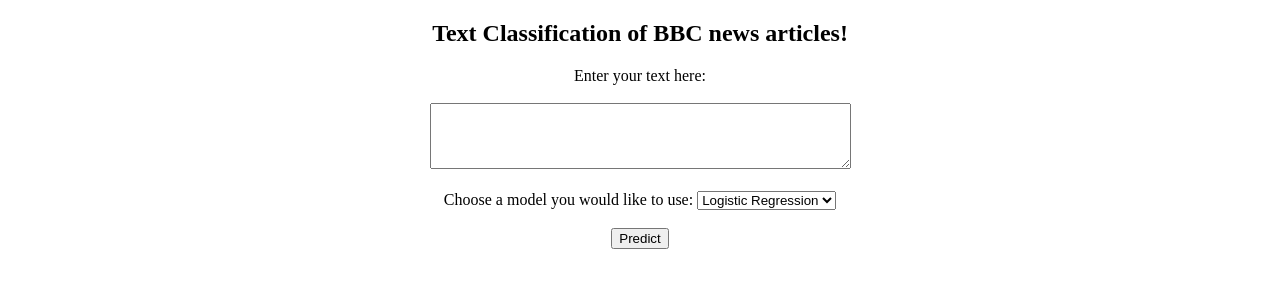
Repository: erlisasadiku/AI-ML
Page: index.html
The author's editor kept a copy of each file at every save. The page is drawn from the files as they stood at one save, then again after the next save.
The browser window is 1280 px wide. The pictures show the whole page.

Above is the page before, as saved 2025-10-03 17:10:08.

### index.html

<!DOCTYPE html>
<html>

<head>
    <title>AI/ML - Text Classification</title>
</head>
<body>
    <div style="text-align: center;">
    <h2>Text Classification of BBC news articles!</h2>

    <label for="text">Enter your text here:</label><br><br>
    <textarea id="text" rows="4" cols="50"></textarea><br><br>

    <label for="model">Choose a model you would like to use:</label>
    <select id="model">
        <option value="logistic">Logistic Regression</option>
        <option value="naive_bayes">Naive Bayes</option>
    </select><br><br>

    <button onclick="predict()">Predict</button>

    <h3 id="result"></h3>
    </div>
    <script>
        function predict() {
            const text = document.getElementById('text').value;
            const model = document.getElementById('model').value;

            fetch('/predict', {
                method: 'POST',
                headers: {
                    'Content-Type': 'application/json'
                },
                body: JSON.stringify({ text: text, model: model })
            })
            .then(response => response.json())
            .then(data => {
                document.getElementById('result').innerText = 'Predicted category: ' + data.predicted_category;
            })
            .catch(error => {
                document.getElementById('result').innerText = 'Error: ' + error;
            });
        }
    </script>


</body>
</html>

After the next save:
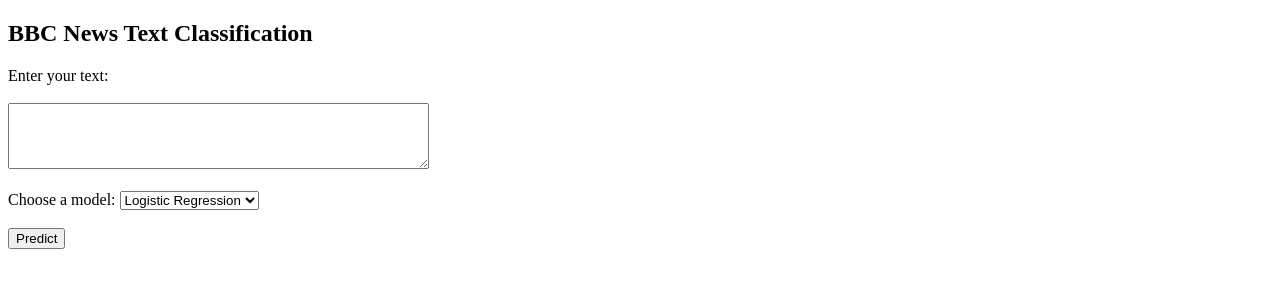
Saved 33 s later.
--- a/index.html
+++ b/index.html
@@ -3,16 +3,15 @@
 <html>
 
 <head>
-    <title>AI/ML - Text Classification</title>
+    <title>BBC Text Classification</title>
 </head>
 <body>
-    <div style="text-align: center;">
-    <h2>Text Classification of BBC news articles!</h2>
+    <h2>BBC News Text Classification</h2>
 
-    <label for="text">Enter your text here:</label><br><br>
+    <label for="text">Enter your text:</label><br><br>
     <textarea id="text" rows="4" cols="50"></textarea><br><br>
 
-    <label for="model">Choose a model you would like to use:</label>
+    <label for="model">Choose a model:</label>
     <select id="model">
         <option value="logistic">Logistic Regression</option>
         <option value="naive_bayes">Naive Bayes</option>
@@ -21,7 +20,7 @@
     <button onclick="predict()">Predict</button>
 
     <h3 id="result"></h3>
-    </div>
+
     <script>
         function predict() {
             const text = document.getElementById('text').value;
@@ -43,7 +42,5 @@
             });
         }
     </script>
-
-
 </body>
 </html>
